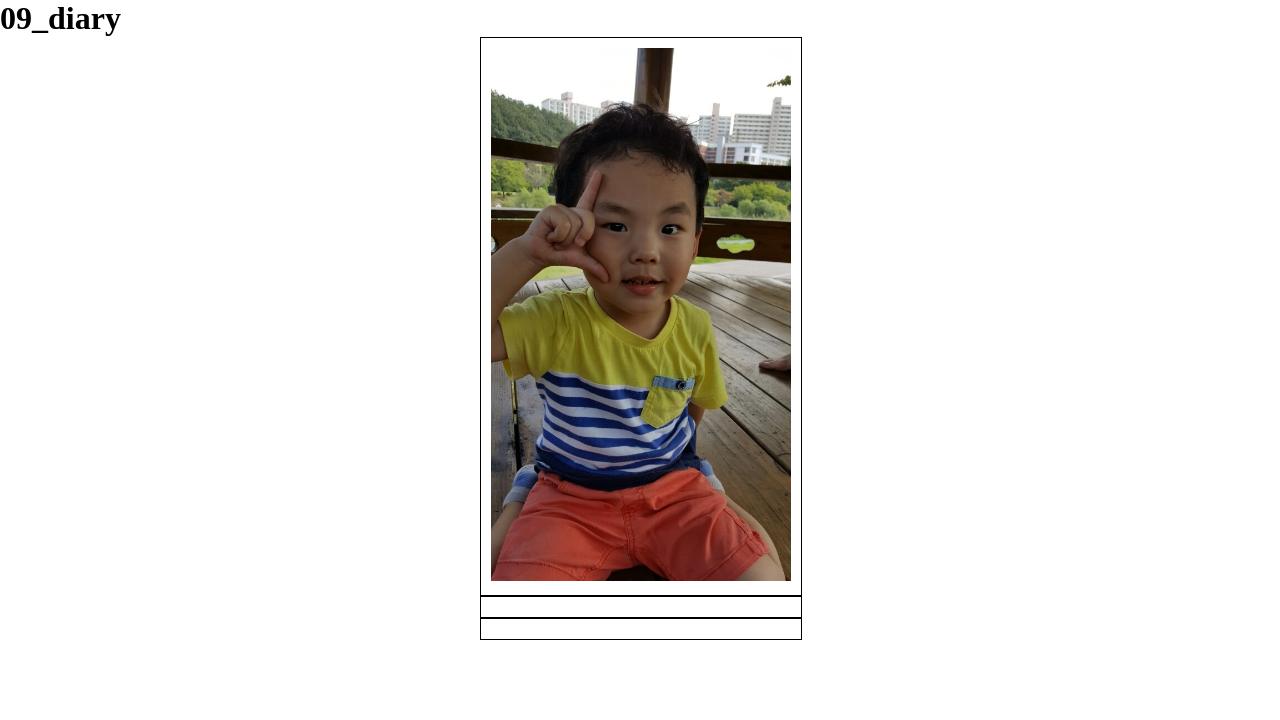
Repository: psun2/Korea-IT-Academy
Page: (back up) _ 오전/study_a/web_work/scriptProj/WebContent/first/09_diary.html
An editor plug-in stored every save of this project. The page is shown before and after the next save, followed by the edit.
The browser window is 1280 px wide. The pictures show the whole page.

Above is the page before, as saved 2020-07-31 01:34:20.

After the next save:
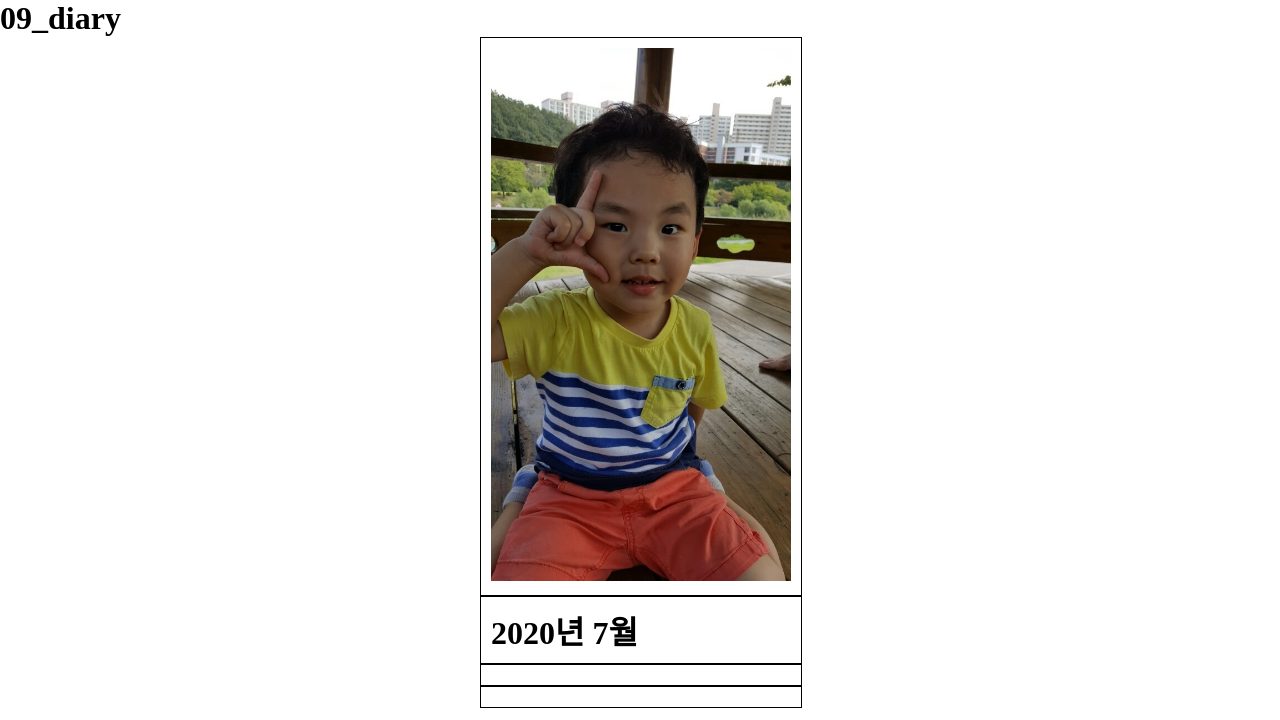
Saved 48 s later.
--- a/(back up) _ 오전/study_a/web_work/scriptProj/WebContent/first/09_diary.html
+++ b/(back up) _ 오전/study_a/web_work/scriptProj/WebContent/first/09_diary.html
@@ -28,6 +28,9 @@
 <h1>09_diary</h1>
 <div class="wrapper">
 	<div><img src="../fff/son1.jpeg" alt="" /></div>
+	<div>
+		<h1>2020년 7월</h1>
+	</div>
 	<div></div>
 	<div></div>
 </div>
